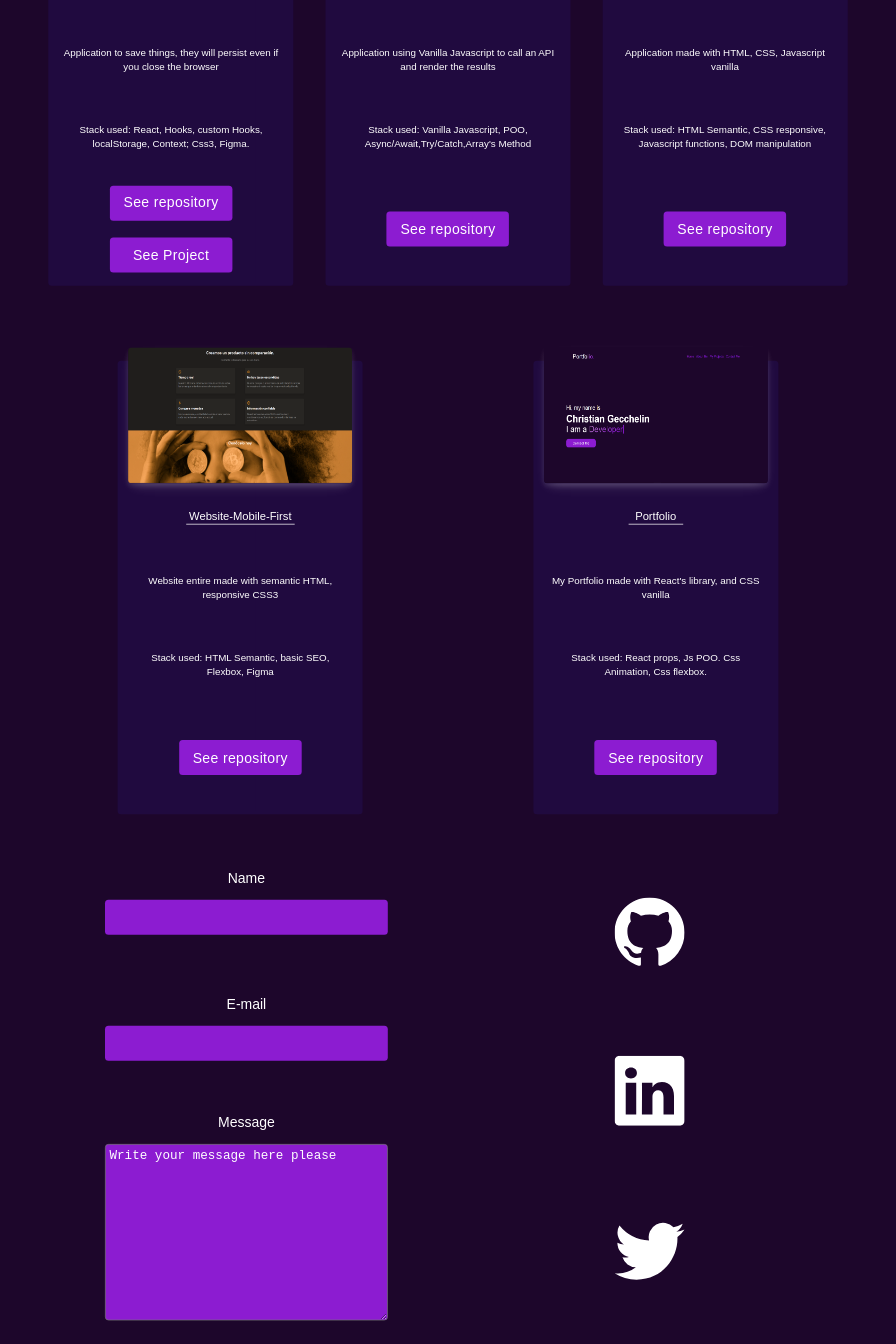
Repository: ChristianGecchelin/portfolio-web
Page: /
These files come from the project's save history. The page is drawn as it stood at one moment and after the next save; the edit follows.
The browser window is 1280 px wide. The pictures show the part of the page from y = 1715 to 3635 px (the page is 3635 px tall), at 70% of full size.
The project was rebuilt for these pictures with package versions that can differ from the ones it lists, and the page was loaded fresh each time.

Above is the page before, as saved 2022-01-22 17:52:34.

### public/index.html
<!DOCTYPE html>
<html lang="en">
  <head>
    <meta charset="utf-8" />
    <link rel="icon" href="%PUBLIC_URL%/favicon.ico" />
    <meta name="viewport" content="width=device-width, initial-scale=1" />
    <meta name="theme-color" content="#000000" />
    <meta name="description" content="Portfolio Online Christian Gecchelin" />
    <link rel="apple-touch-icon" href="%PUBLIC_URL%/logo192.png" />

    <link rel="manifest" href="%PUBLIC_URL%/manifest.json" />

    <title>Portfolio Christian</title>
  </head>
  <body>
    <noscript>You need to enable JavaScript to run this app.</noscript>
    <div id="root"></div>
  </body>
</html>

### src/index.js
import React from "react";
import ReactDOM from "react-dom";

import App from "./App/index";
import "./index.css";
ReactDOM.render(<App />, document.getElementById("root"));

### src/App/index.js
import { AppUI } from "./AppUI";
import "./App.css";

function App() {
  return <AppUI></AppUI>;
}

export default App;

### src/index.css
* {
  box-sizing: border-box;
  margin: 0;
  padding: 0;
}
html {
  font-size: 62.5%;
  font-family: "DM Sans", sans-serif;
}
body {
  background: #1d062b;
  width: 100%;
  height: 100vh;
}

### src/App/AppUI.js
import React from "react";
import { Header } from "../Header/Index.js";
import { Home } from "../Home/Index.js";
import { AboutMe } from "../AboutMe/index.js";
import { MyProjects } from "../MyProjects/index.js";
import { ContactMe } from "../ContactMe/index.js";
import "./App.css";

function AppUI() {
  return (
    <>
      <Header />
      <Home />
      <AboutMe />
      <MyProjects />
      <ContactMe />
    </>
  );
}
export { AppUI };

### src/Header/Index.js
import React from "react";
import { NavBar } from "./NavBar";
import "./header.css";

function Header() {
  return (
    <header>
      <h1>
        Portfo<span>lio.</span>
      </h1>
      <NavBar />
    </header>
  );
}
export { Header };

### src/Home/Index.js
import React from "react";
import "./Home.css";
function Home() {
  return (
    <section className="Home-container">
      <div className="text-container">
        <p className="first-lineText">Hi, my name is</p>
        <p className="principal-lineText">Christian Gecchelin</p>
        <p className="secondary-lineText">I am a</p>
        <div className="span-container">
          <span data-text="Developer">Developer </span>
        </div>
      </div>
      <button type="button" className="contact-button">
        Contact Me
      </button>
    </section>
  );
}
export { Home };

### src/AboutMe/index.js
import React from "react";
import "./AboutMe.css";
import profile from "../Assets/profile.jpg";
function AboutMe() {
  return (
    <section className="AboutMe-container">
      <div className="image-container">
        <img
          className="image"
          src={profile}
          alt="Christian Gecchelin"
          title="Christian Gecchelin"
        ></img>
      </div>
      <div className="information-container">
        <p className="">
          Hi I'm Christian, I am a <b>ReactJs</b> junior developer. You can see
          all my projects in the next slide. I have project based on frontEnd
          technologies like HTML5, CSS3, vanilla JavaScript and also ReactJs.
          I'm looking for my first professional experience as an employee.
        </p>
        <button>Curriculum</button>
      </div>
    </section>
  );
}
export { AboutMe };

### src/MyProjects/index.js
import React from "react";
import ToDoApp from "../Assets/to-do-app.png";
import Rick from "../Assets/rick.png";
import Calculator from "../Assets/calculator.png";
import Mobile from "../Assets/mobile.png";
import Portfolio from "../Assets/portfolio.png";
import "./MyProjects.css";
function MyProjects() {
  return (
    <section className="project-section">
      <div className="vh-container">
        <div className="project-card">
          <img
            className="card-image"
            src={ToDoApp}
            alt="ToDoAppImage"
            title="ToDoAppImage"
          ></img>
          <div className="card-text-container">
            <h3 className="card-title">To-Do-App</h3>
            <p className="card-text">
              Application to save things, they will persist even if you close
              the browser
            </p>
            <p className="card-text">
              Stack used: React, Hooks, custom Hooks, localStorage, Context;
              Css3, Figma.
            </p>
          </div>
          <div className="button-container">
            <button>See repository</button>
            <button>See Project</button>
            {/* Crear componentes botones */}
          </div>
        </div>
      </div>
      <div className="vh-container">
        <div className="project-card">
          <img
            className="card-image"
            src={Rick}
            alt="ToDoAppImage"
            title="ToDoAppImage"
          ></img>
          <div className="card-text-container">
            <h3 className="card-title xl">Rick And Morty</h3>
            <p className="card-text">
              Application using Vanilla Javascript to call an API and render the
              results
            </p>
            <p className="card-text">
              Stack used: Vanilla Javascript, POO, Async/Await,Try/Catch,Array's
              Method
            </p>
          </div>
          <div className="button-container">
            <button>See repository</button>
            {/* Crear componentes botones */}
          </div>
        </div>
      </div>
      <div className="vh-container">
        <div className="project-card">
          <img
            className="card-image"
            src={Calculator}
            alt="ToDoAppImage"
            title="ToDoAppImage"
          ></img>
          <div className="card-text-container">
            <h3 className="card-title">Calculator</h3>
            <p className="card-text">
              Application made with HTML, CSS, Javascript vanilla
            </p>
            <p className="card-text">
              Stack used: HTML Semantic, CSS responsive, Javascript functions,
              DOM manipulation
            </p>
          </div>
          <div className="button-container">
            <button>See repository</button>
            {/* Crear componentes botones */}
          </div>
        </div>
      </div>
      <div className="vh-container">
        <div className="project-card">
          <img
            className="card-image"
            src={Mobile}
            alt="ToDoAppImage"
            title="ToDoAppImage"
          ></img>
          <div className="card-text-container">
            <h3 className="card-title xl">Website-Mobile-First</h3>
            <p className="card-text">
              Website entire made with semantic HTML, responsive CSS3
            </p>
            <p className="card-text">
              Stack used: HTML Semantic, basic SEO, Flexbox, Figma
            </p>
          </div>
          <div className="button-container">
            <button>See repository</button>
            {/* Crear componentes botones */}
          </div>
        </div>
      </div>
      <div className="vh-container">
        <div className="project-card">
          <img
            className="card-image"
            src={Portfolio}
            alt="Portfolio"
            title="Portfolio"
          ></img>
          <div className="card-text-container">
            <h3 className="card-title">Portfolio</h3>
            <p className="card-text">
              My Portfolio made with React's library, and CSS vanilla
            </p>
            <p className="card-text">
              Stack used: React props, Js POO. Css Animation, Css flexbox.
            </p>
          </div>
          <div className="button-container">
            <button>See repository</button>
            {/* Crear componentes botones */}
          </div>
        </div>
      </div>
    </section>
  );
}
export { MyProjects };

### src/ContactMe/index.js
import React from "react";
import { BsGithub } from "react-icons/bs";
import { BsLinkedin } from "react-icons/bs";
import { BsTwitter } from "react-icons/bs";
import "./ContactMe.css";
function ContactMe() {
  return (
    <section className="ContactMe-container">
      <div className="form-container">
        <form>
          <div className="form-section-container">
            <label>Name</label>
            <input type={"text"}></input>
          </div>
          <div className="form-section-container">
            <label>E-mail</label>
            <input type={"email"}></input>
          </div>
          <div className="form-section-container xl">
            <label>Message</label>
            <textarea placeholder="Write your message here please"></textarea>
          </div>
        </form>
      </div>
      <div className="socialNetwork-container">
        <div className="card-container">
          <a>
            <BsGithub />
          </a>
        </div>
        <div className="card-container">
          <a>
            <BsLinkedin />
          </a>
        </div>
        <div className="card-container">
          <a>
            <BsTwitter />
          </a>
        </div>
      </div>
    </section>
  );
}
export { ContactMe };

### src/Header/NavBar/index.js
import React from "react";
import { MobileNavigation } from "./MobileNavigation";
import { Navigation } from "./Navigation";
import "./NavBar.css";
function NavBar() {
  return (
    <div className="NavBar">
      <MobileNavigation />
      <Navigation />
    </div>
  );
}
export { NavBar };

### src/Header/header.css
header {
  display: flex;
  flex-direction: row;
  justify-content: space-around;
  align-items: center;
  gap: 5%;
  width: 100%;
  height: 15vh;
}
header h1 {
  margin: 0;
  width: 20%;
  min-width: 200px;
  font-size: 3.5rem;
  letter-spacing: 1px;
  font-weight: 500;
  color: #fff;
}
header h1 span {
  background: linear-gradient(147deg, #ce93d8 0%, #8c1cd1 74%);
  background-clip: text;
  color: transparent;
  font-weight: 500;
}
@media (max-width: 750px) {
  header {
    justify-content: center;
    gap: 0;
  }
}

### src/Home/Home.css
.Home-container {
  position: relative;
  display: flex;
  flex-direction: column;
  justify-content: center;
  align-items: flex-start;
  width: 80%;
  min-width: 280px;
  height: 85vh;
  margin: 0 auto;
  gap: 30px;
}
.Home-container .text-container {
  display: flex;
  flex-direction: row;
  align-items: flex-start;
  flex-wrap: wrap;
  width: 100%;
  height: auto;
  text-align: left;
}
.Home-container .text-container .first-lineText {
  width: 100%;
  font-size: 3.5rem;
  font-weight: 500;
  line-height: 6rem;
  color: #fff;
}
.Home-container .text-container .principal-lineText {
  width: 100%;
  font-size: 6rem;
  font-weight: 700;
  color: #fff;
}
.Home-container .text-container .secondary-lineText {
  font-size: 5rem;
  font-weight: 500;
  color: #fff;
  line-height: 5.2rem;
}
.span-container {
  position: relative;
  display: inline-block;
  margin-left: 15px;
  height: 52px;
}
.Home-container .text-container span {
  /* color: #1d062b;
  -webkit-text-stroke: 0.3vw yellow; */
  font-size: 5rem;
  font-weight: 500;
  line-height: 5.2rem;
  color: #1d062b;
}
.Home-container .text-container span::before {
  content: attr(data-text);
  position: absolute;
  top: 0;
  left: 0px;
  width: 0;
  height: 100%;
  padding-right: 3.9px;
  background: linear-gradient(147deg, #ce93d8 0%, #8c1cd1 74%);
  background-clip: text;
  color: transparent;
  border-right: 5px solid #8c1cd1;
  overflow: hidden;
  animation: animate 6s linear infinite;
}
.Home-container .contact-button {
  outline: none;
  width: 200px;
  height: 50px;
  background: #8c1cd1;
  border: none;
  border-radius: 15px;
  color: white;
  font-size: 2rem;
  letter-spacing: 1px;
  cursor: pointer;
}
@keyframes animate {
  0%,
  10%,
  100% {
    width: 0%;
  }
  70%,
  90% {
    width: 100%;
  }
}
@media (max-width: 769px) {
  .Home-container {
    align-items: center;
  }
  .Home-container .text-container {
    justify-content: center;
    text-align: center;
    align-items: center;
  }
}

### src/AboutMe/AboutMe.css
.AboutMe-container {
  display: flex;
  flex-direction: row;
  justify-content: center;
  align-items: center;
  flex-wrap: wrap;
  width: 90%;
  min-width: 300px;
  height: 100vh;
  margin: 0 auto;
}
.AboutMe-container .image-container {
  width: 50%;
  height: 50%;
  min-width: 320px;
}
.AboutMe-container .image-container .image {
  object-fit: cover;
  width: 100%;
  height: 100%;
}
.AboutMe-container .information-container {
  display: flex;
  flex-direction: column;
  justify-content: center;
  align-items: center;
  width: 50%;
  height: 50%;
  min-width: 320px;
  text-align: justify;
  gap: 30px;
}
.AboutMe-container .information-container p {
  font-size: 1.6rem;
  line-height: 2.2rem;
  font-weight: 400;
  color: #fff;
}
.AboutMe-container .information-container button {
  width: 200px;
  height: 50px;
  background: #8c1cd1;
  border: none;
  border-radius: 15px;
  color: white;
  font-size: 2rem;
  letter-spacing: 1px;
  cursor: pointer;
  margin: 0 auto;
}
@media (min-width: 700px) {
  .AboutMe-container {
    gap: 20px;
    flex-wrap: nowrap;
  }
  .AboutMe-container .image-container {
    width: 45%;
    height: 100%;
  }
  .AboutMe-container .information-container {
    height: 100%;
  }
}

### src/MyProjects/MyProjects.css
.project-section {
  display: flex;
  flex-direction: row;
  flex-wrap: wrap;
  align-items: center;
  justify-content: center;
  height: auto;
  min-width: 320px;
  margin: 0 auto;
}
.project-section .vh-container {
  display: flex;
  flex-direction: row;
  flex-wrap: wrap;
  align-items: center;
  justify-content: center;
  height: 100vh;
  min-width: 320px;
  margin: 0 auto;
}
.project-section .vh-container .project-card {
  position: relative;
  display: flex;
  flex-direction: column;
  justify-content: flex-start;
  align-items: center;
  max-width: 350px;
  min-width: 320px;
  height: 100vh;
  background: rgba(49, 27, 146, 0.2);
  text-align: center;
  gap: 5%;
}
.project-section .vh-container .project-card .card-image {
  width: 320px;
  height: 30%;
  object-fit: fill;
  box-shadow: 0px 8px 18px -9px rgba(255, 255, 255, 0.3),
    0px 4px 8px rgba(255, 255, 255, 0.1);
}
.project-section .vh-container .project-card .card-text-container {
  display: flex;
  flex-direction: column;
  align-items: center;
  justify-content: center;
  gap: 70px;
  height: 35%;
}
.project-section .vh-container .project-card .card-text-container .card-title {
  width: 25%;
  margin: 0 auto;
  font-size: 1.6rem;
  line-height: 2rem;
  font-weight: 500;
  color: #fff;
  border-bottom: 1px solid white;
}
.project-section .vh-container .project-card .card-text-container .xl {
  width: 50%;
}
.project-section .vh-container .project-card .card-text-container .card-text {
  font-size: 1.4rem;
  line-height: 2rem;
  font-weight: 400;
  color: #fff;
}

.project-section .vh-container .project-card .button-container {
  display: flex;
  flex-direction: column;
  align-items: center;
  justify-content: center;
  width: 100%;
  height: 25%;
  gap: 15%;
}
.project-section .vh-container .project-card .button-container button {
  height: 50px;
  width: 50%;
  min-width: 175px;
  padding: 5px 10px;
  outline: none;
  border: none;
  border-radius: 5px;
  color: #fff;
  background: #8c1cd1;
  font-size: 2rem;
  letter-spacing: 0.5px;
  cursor: pointer;
}
@media (min-width: 700px) {
  .project-section {
    justify-content: space-around;
    width: 90%;
    gap: 35px;
  }
  .project-section .vh-container .project-card {
    height: 90%;
    position: relative;
    justify-content: flex-end;
    border-radius: 5px;
  }
  .project-section .vh-container .project-card .card-image {
    position: absolute;
    top: calc(-3%);
    border-radius: 5px;
  }
  .project-section .vh-container .project-card .card-text-container {
    height: 241px;
    padding: 0 20px;
  }
}

### src/ContactMe/ContactMe.css
.ContactMe-container {
  display: flex;
  flex-direction: row;
  flex-wrap: wrap;
  align-items: center;
  justify-content: center;
  height: 100vh;
  width: 100%;
  min-width: 320px;
}
.ContactMe-container .form-container {
  height: 100vh;
  min-width: 320px;
  width: 45%;
  text-align: center;
}
.ContactMe-container .form-container form {
  display: flex;
  flex-direction: column;
  align-items: center;
  justify-content: space-around;
  width: 100%;
  height: 100%;
}
.ContactMe-container .form-container form .form-section-container {
  display: flex;
  flex-direction: column;
  align-items: center;
  justify-content: center;
  width: 70%;
  height: 25%;
  gap: 20px;
}
.ContactMe-container .form-container form .xl {
  height: 50%;
}
.ContactMe-container .form-container form label {
  color: #fff;
  font-size: 2rem;
  line-height: 2.2rem;
}
.ContactMe-container .form-container form input {
  height: 50px;
  width: 100%;
  border: none;
  outline: none;
  border-radius: 5px;
  background: #8c1cd1;
  padding: 5px;
  color: #fff;
  font-size: 1.6rem;
}
.ContactMe-container .form-container form textarea {
  height: 70%;
  width: 100%;
  background: #8c1cd1;
  padding: 5px;
  color: #fff;
  border-radius: 5px;
  font-size: 1.8rem;
}
.ContactMe-container .form-container form textarea::placeholder {
  color: #fff;
  font-size: 1.8rem;
}
.ContactMe-container .form-container form textarea:focus {
  outline: none;
  border: 2px solid rgb(156, 156, 156);
}
.ContactMe-container .form-container form input:focus {
  border: 2px solid rgb(156, 156, 156);
}
.socialNetwork-container {
  display: flex;
  flex-direction: column;
  flex-wrap: wrap;
  align-items: center;
  justify-content: center;
  height: 100vh;
  width: 45%;
  min-width: 320px;
  gap: 10px;
}
.socialNetwork-container .card-container {
  display: flex;
  flex-direction: column;
  justify-content: center;
  align-items: center;
  width: 50%;
  height: 30%;
}
.socialNetwork-container .card-container svg {
  width: 10rem;
  height: 10rem;
  margin: auto;
  color: #fff;
}
@media (min-width: 700px) {
  .socialNetwork-container .card-container {
    width: 30%;
  }
}

### src/Header/NavBar/MobileNavigation.js
import React, { useState } from "react";
import "./NavBar.css";
import { NavLinks } from "./NavLinks";
import { TiThMenu } from "react-icons/ti";
function MobileNavigation() {
  const [open, setOpen] = useState(false);
  const closeMobileMenu = () => setOpen(false);
  return (
    <nav className="MobileNavigation">
      <TiThMenu className="hamburguer" onClick={() => setOpen(!open)} />
      {open && <NavLinks isMobile={true} closeMobileMenu={closeMobileMenu} />}
    </nav>
  );
}
export { MobileNavigation };

### src/Header/NavBar/Navigation.js
import React from "react";
import "./NavBar.css";
import { NavLinks } from "./NavLinks";
function Navigation() {
  return (
    <nav className="Navigation">
      <NavLinks />
    </nav>
  );
}
export { Navigation };

### src/Header/NavBar/NavBar.css
.NavBar .MobileNavigation {
  display: none;
}
.NavBar .Navigation {
  display: flex;
  align-items: center;
}
.NavBar nav ul {
  display: flex;
  flex-direction: row;
  justify-content: flex-end;
  gap: 15px;
  text-align: center;
  list-style: none;
}
.NavBar nav ul li a {
  font-size: 1.8rem;
  font-weight: 500;
  line-height: 2rem;
  text-decoration: none;
  color: #8c1cd1;
}
a:visited {
  color: #8c1cd1;
}
.NavBar nav ul li a:hover {
  color: #fff;
}
@media (max-width: 750px) {
  .NavBar .Navigation {
    display: none;
  }
  .NavBar .MobileNavigation {
    display: flex;
    align-items: center;
  }
  .NavBar .MobileNavigation .hamburguer {
    position: absolute;
    color: #fff;
    height: 2rem;
    width: 2rem;
    cursor: pointer;
    z-index: 2;
  }
  .NavBar nav ul {
    display: flex;
    flex-direction: column;
    justify-content: center;
    gap: 10px;
    position: absolute;
    margin: 0;
    top: 0;
    right: 0;
    width: 100%;
    height: 100vh;
    background: rgba(0, 0, 0, 0.95);
    text-align: center;
    z-index: 1;
  }
  .NavBar nav ul li a {
    font-size: 2.4rem;
    font-weight: 500;
    line-height: 2.5rem;
    text-decoration: none;
    letter-spacing: 1px;
  }
  a:visited {
    color: #8c1cd1;
  }
}

### src/Header/NavBar/NavLinks.js
import React from "react";
import "./NavBar.css";
import { motion } from "framer-motion";
function NavLinks(props) {
  const animateFrom = { opacity: 0, y: -40 };
  const animateTo = { opacity: 1, y: 0 };
  return (
    <ul>
      <motion.li
        initial={animateFrom}
        animate={animateTo}
        transition={{ delay: 0.05 }}
        onClick={() => props.isMobile && props.closeMobileMenu()}
      >
        <a href="#home">Home</a>
      </motion.li>
      <motion.li
        initial={animateFrom}
        animate={animateTo}
        transition={{ delay: 0.1 }}
        onClick={() => props.isMobile && props.closeMobileMenu()}
      >
        <a href="#aboutMe">About Me</a>
      </motion.li>
      <motion.li
        initial={animateFrom}
        animate={animateTo}
        transition={{ delay: 0.2 }}
        onClick={() => props.isMobile && props.closeMobileMenu()}
      >
        <a href="#myProjects">My Projects</a>
      </motion.li>
      <motion.li
        initial={animateFrom}
        animate={animateTo}
        transition={{ delay: 0.3 }}
        onClick={() => props.isMobile && props.closeMobileMenu()}
      >
        <a href="#contactMe">Contact Me</a>
      </motion.li>
    </ul>
  );
}
export { NavLinks };

Loaded but not shown: src/App/App.css (common file)

After the next save:
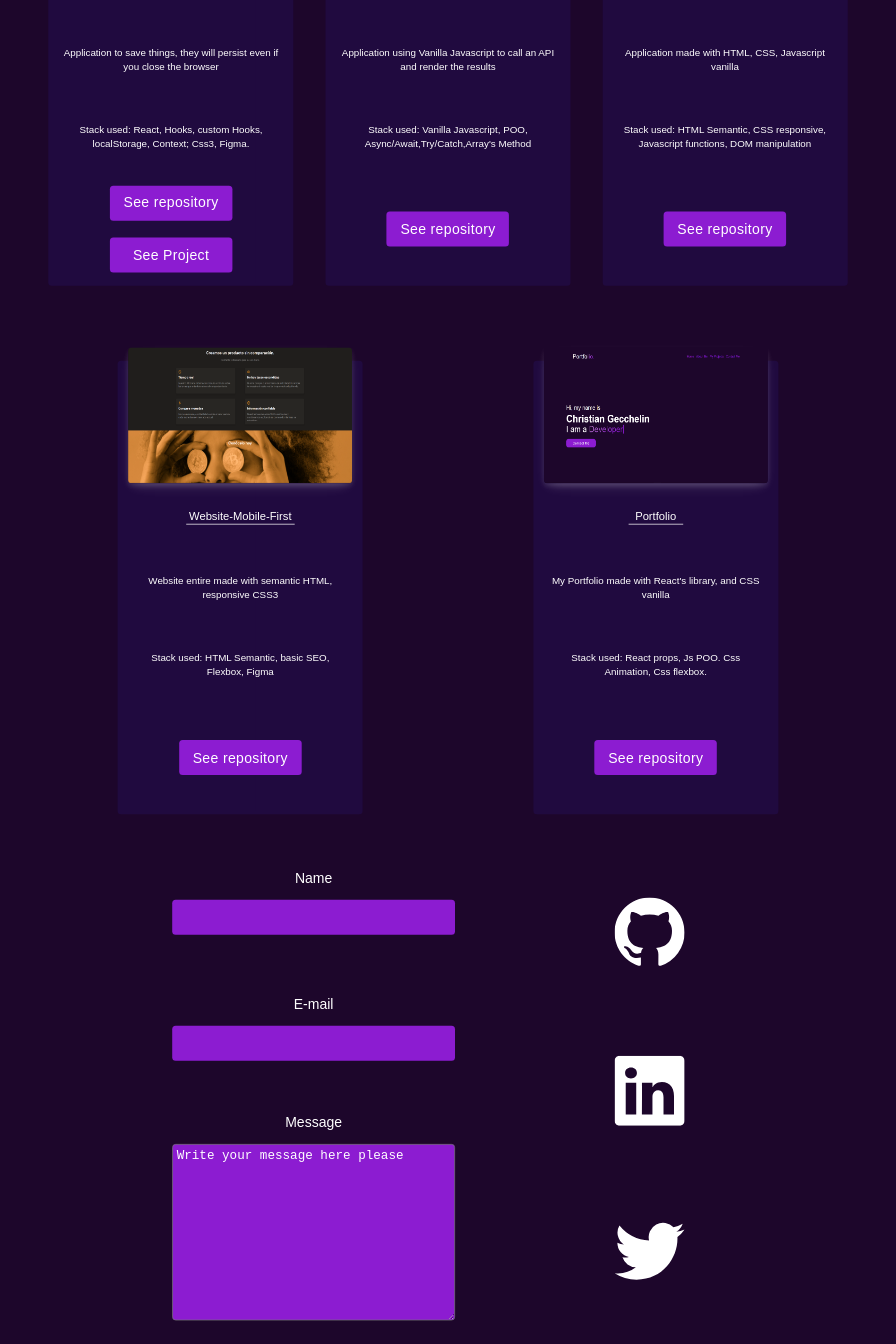
Saved 20 s later.
--- a/src/ContactMe/ContactMe.css
+++ b/src/ContactMe/ContactMe.css
@@ -96,7 +96,7 @@
   color: #fff;
 }
 @media (min-width: 700px) {
-  .socialNetwork-container .card-container {
+  .socialNetwork-container {
     width: 30%;
   }
 }
